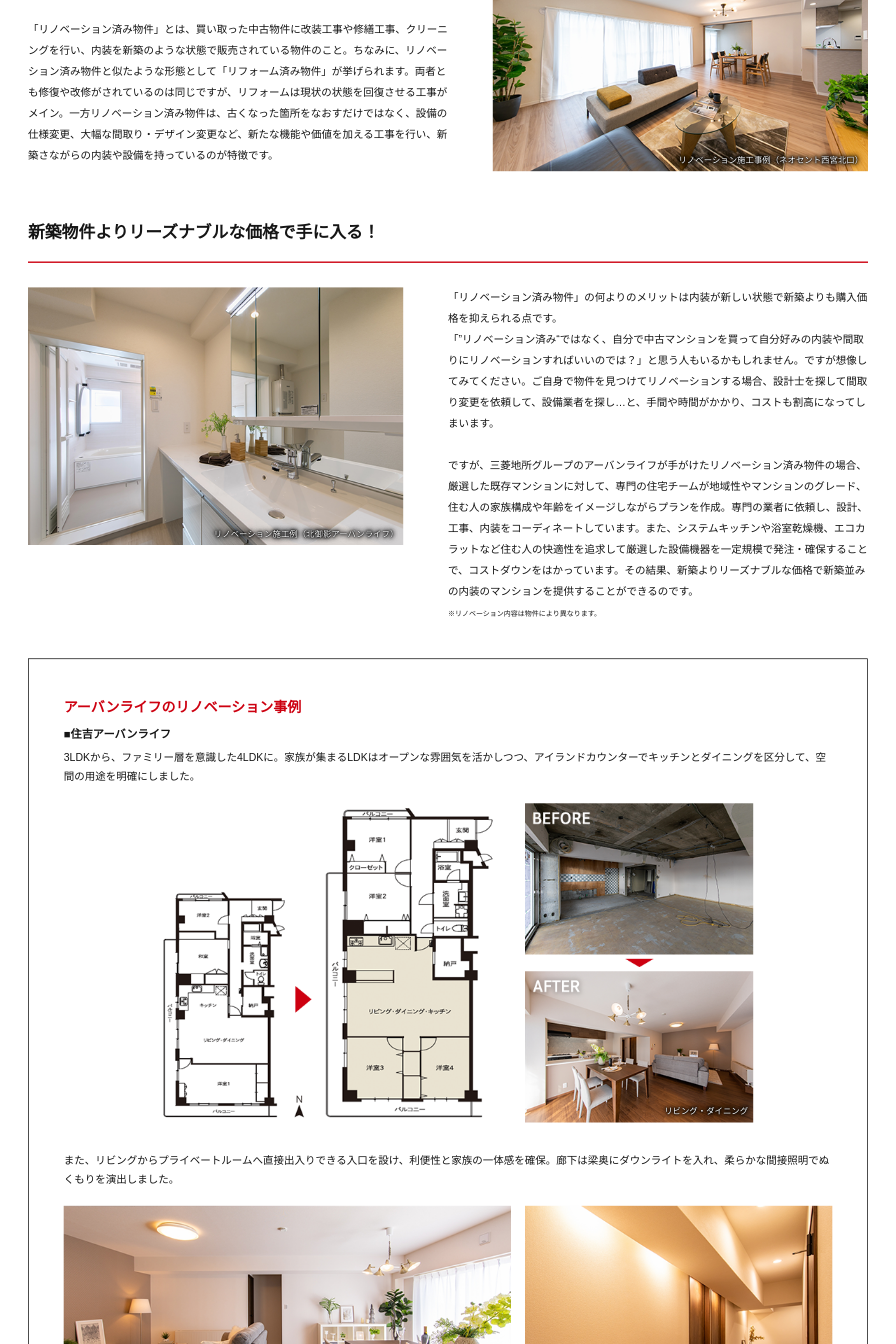
Repository: duongspm/group-kansai_new-data
Page: group-kansai_new/pickup/column07.html
These files come from the project's save history. The page is drawn as it stood at one moment and after a run of saves; the edit follows.
The browser window is 1280 px wide. The pictures show the part of the page from y = 1342 to 3262 px (the page is 4838 px tall before and 4892 px after), at 70% of full size.

Above is the page before, as saved 2023-07-03 08:35:53.

After the next 2 saves:
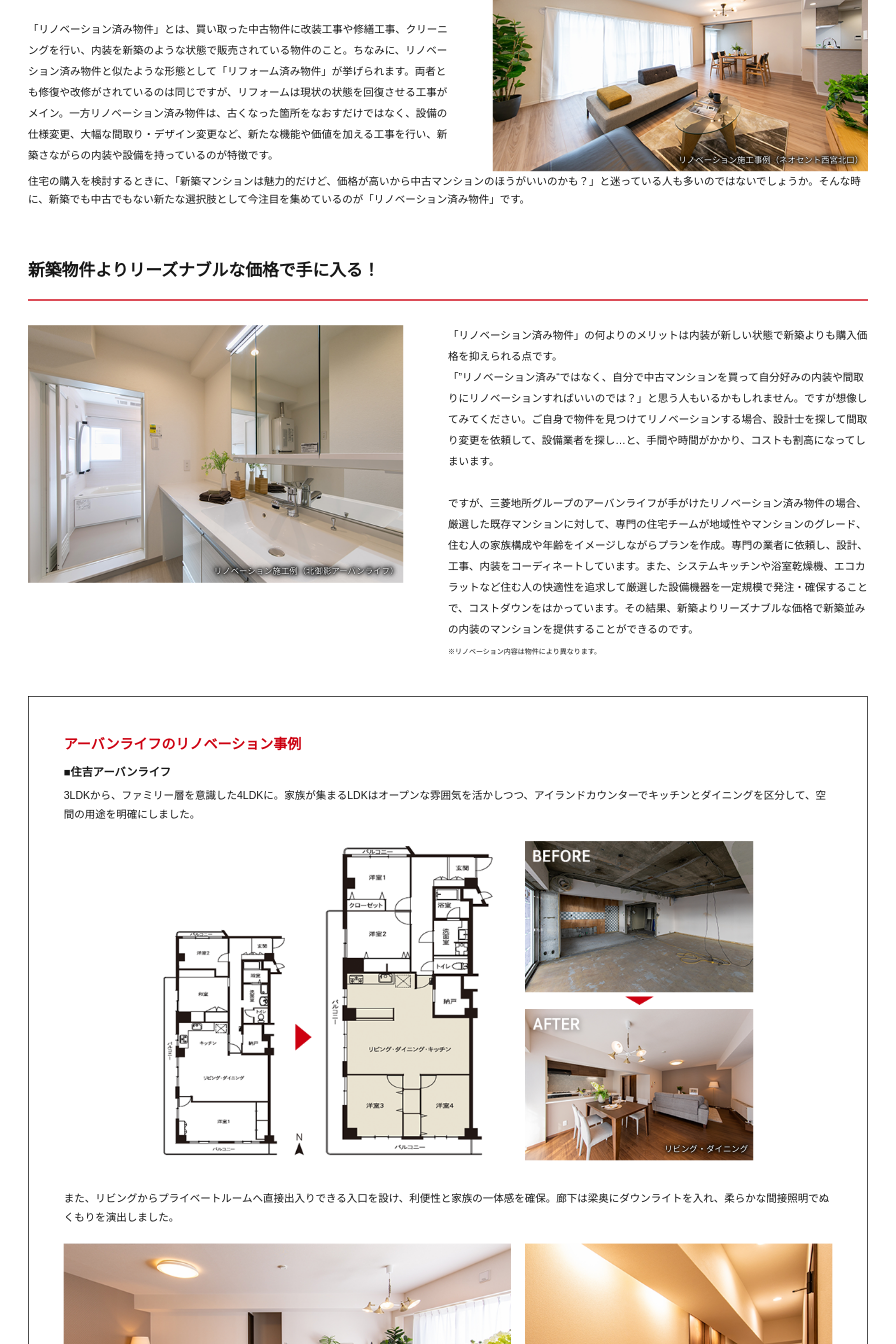
The 2 saves are shown as one change because they came seconds apart.
The last was saved 61 s later.
--- a/group-kansai_new/pickup/column07.html
+++ b/group-kansai_new/pickup/column07.html
@@ -137,6 +137,7 @@
                         <img src="img/vol_07/img-01.png" alt="リノベーション施工事例（ネオセント西宮北口）">
                         <p class="cap-abs_right shadow">リノベーション施工事例（ネオセント西宮北口）</p>
                     </div>
+                    <p>住宅の購入を検討するときに、「新築マンションは魅力的だけど、価格が高いから中古マンションのほうがいいのかも？」と迷っている人も多いのではないでしょうか。そんな時に、新築でも中古でもない新たな選択肢として今注目を集めているのが「リノベーション済み物件」です。</p>
                 </div>
             </div>
             <!--/column group-->
